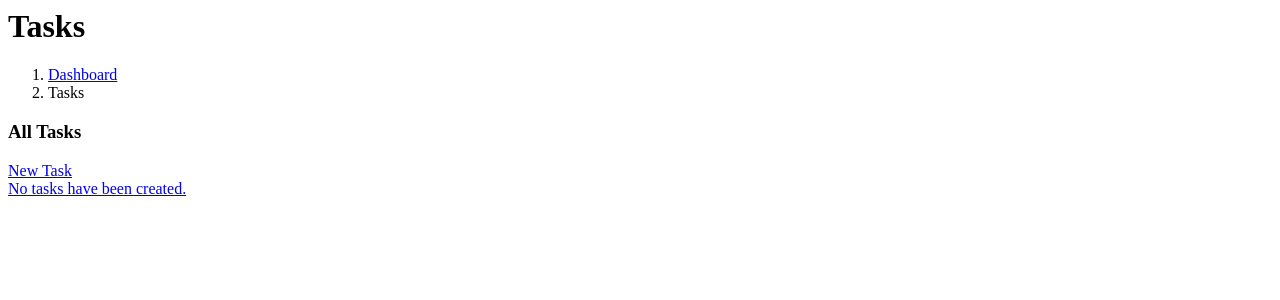
Repository: lcherone/cloud-developer
Page: http://localhost/app/module/cms/view/admin/task/index.php
The author's editor kept a record of every edit. The page is drawn from the files as they stood at one moment, then again after the next edit.
The browser window is 1280 px wide. The pictures show the whole page.
The page is run by PHP 8.4 with error messages shown; the project is at /var/www/html/.

Above is the page before.

After the next edit:
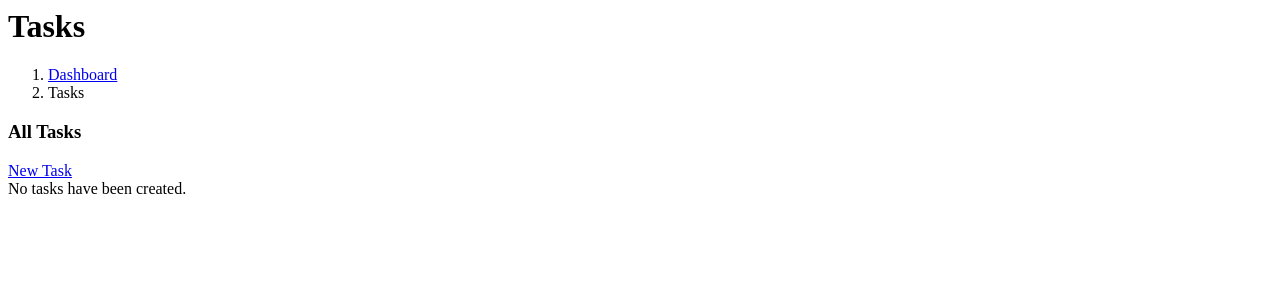
The edit:
--- a/app/module/cms/view/admin/task/index.php
+++ b/app/module/cms/view/admin/task/index.php
@@ -30,7 +30,7 @@
                 <h3 class="panel-title"><i class="fa fa-tasks fa-fw"></i> All Tasks</h3>
                 <div class="panel-buttons text-right">
                     <div class="btn-group-xs">
-                        <a href="/admin/tasks/new" class="btn btn-success ajax-link"><i class="fa fa-plus"></i> New Task</as>
+                        <a href="/admin/tasks/new" class="btn btn-success ajax-link"><i class="fa fa-plus"></i> New Task</a>
                     </div>
                 </div>
             </div>
